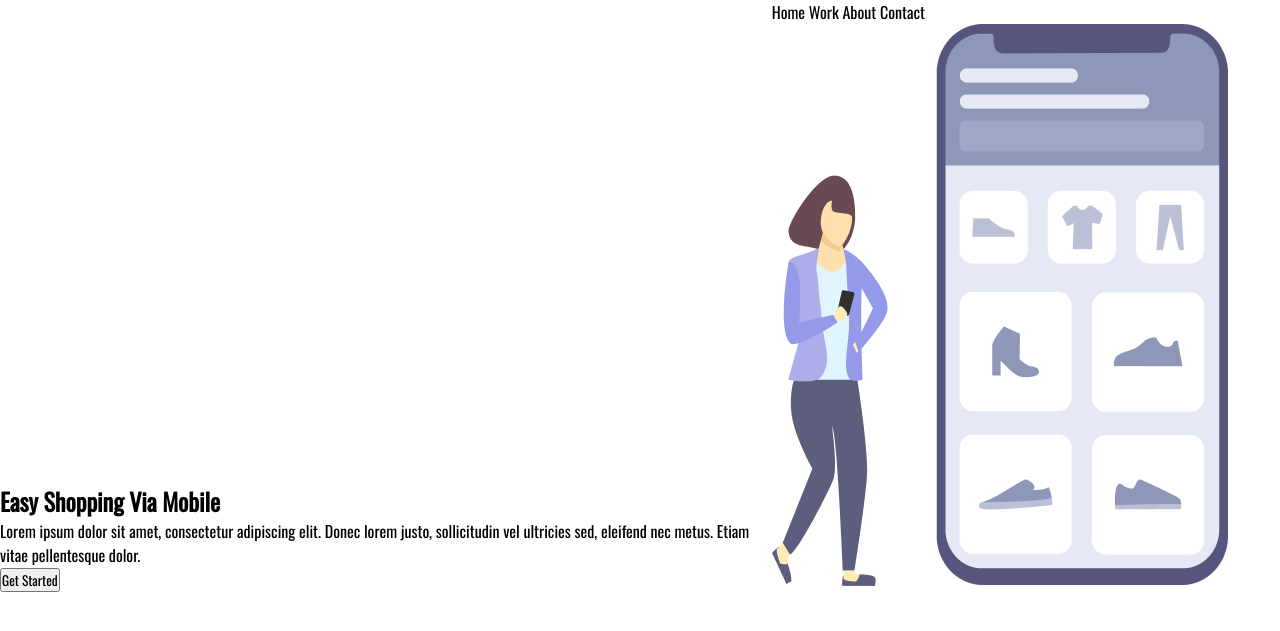
Repository: Leo-Marques-882/Projeto-Git-2
Page: index.html
The author's editor kept a copy of each file at every save. The page is drawn from the files as they stood at one save, then again after the next save.
The browser window is 1280 px wide. The pictures show the whole page.

Above is the page before, as saved 2023-03-06 22:37:44.

After the next save:
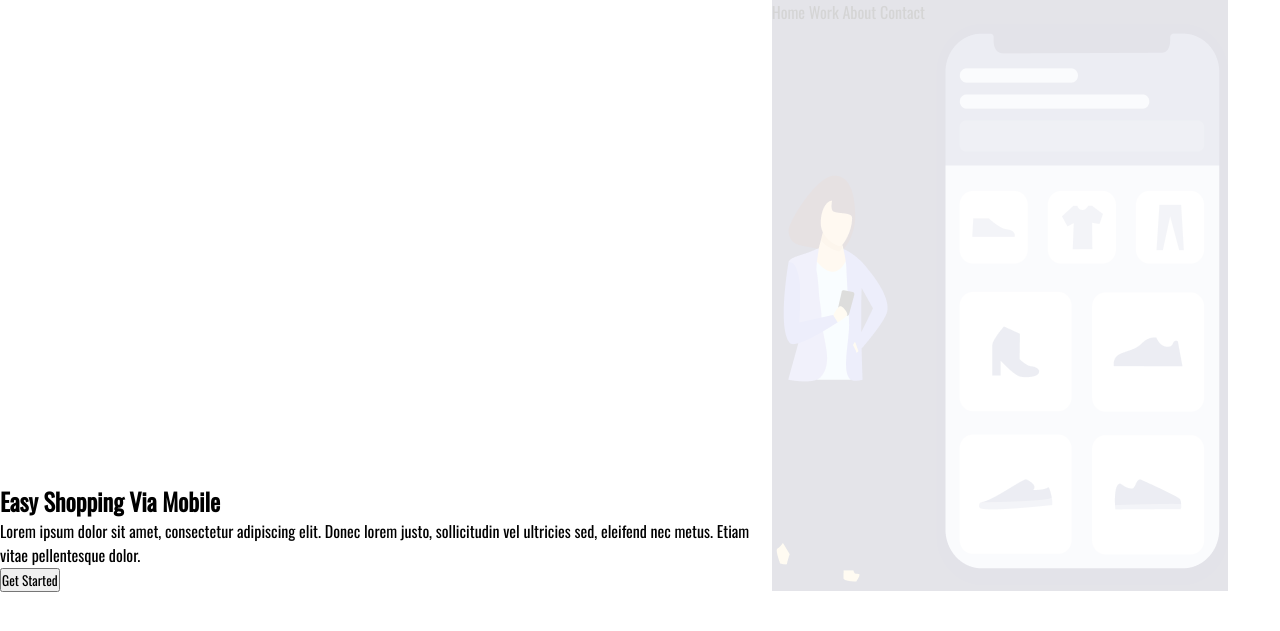
Saved 7 min 0 s later.
--- a/styless.css
+++ b/styless.css
@@ -18,4 +18,6 @@
 
 .container-right {
     display: inline-block;
+    background: #5D5D7D;
+    opacity: 0.16;
 }
